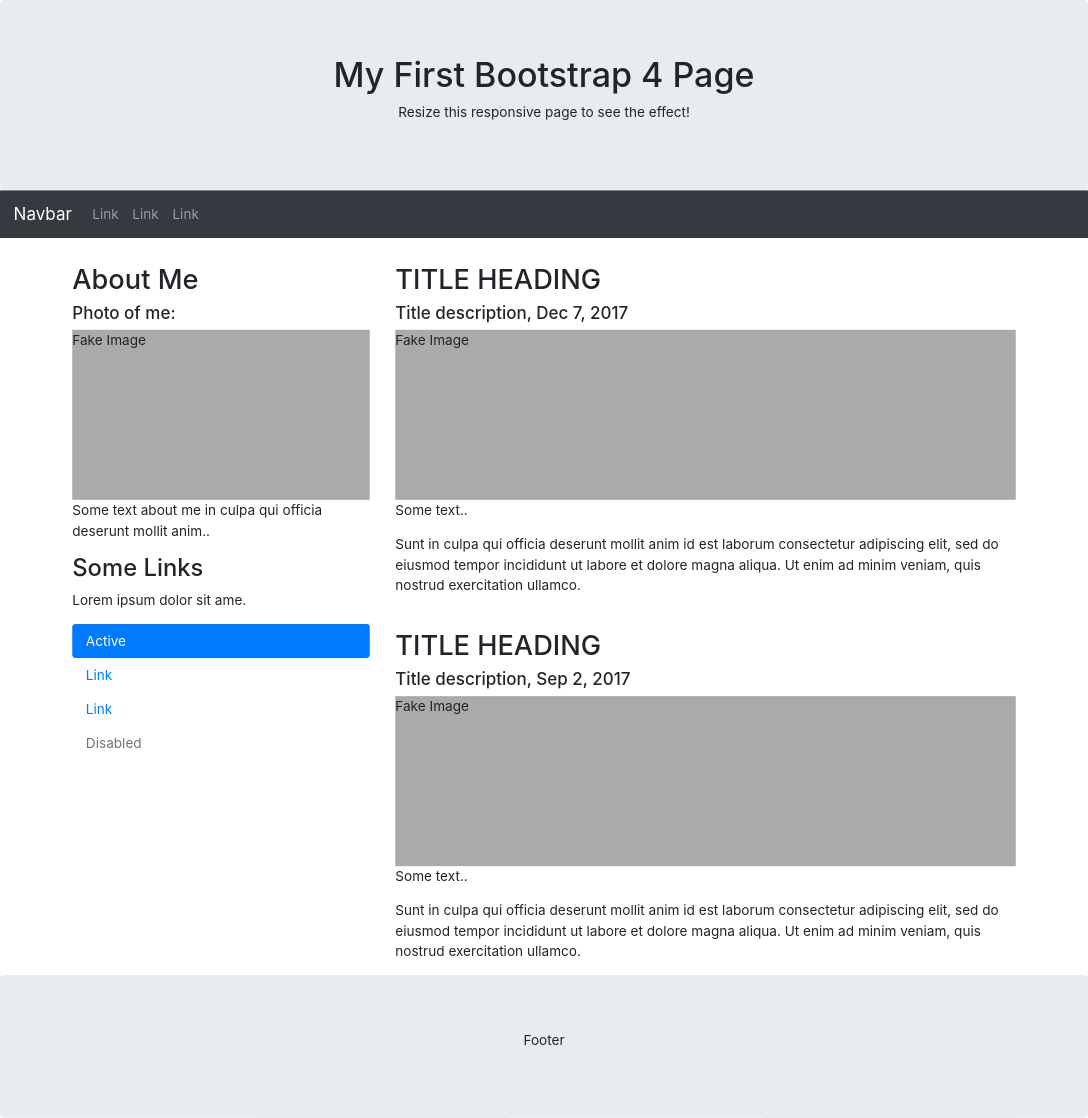
Repository: suvarsha/cognizant-projects
Page: BootStramp1/WebContent/first.html
An editor plug-in stored every save of this project. The page is shown before and after the next save, followed by the edit.
The browser window is 1280 px wide. The pictures show the whole page, at 85% of full size.

Above is the page before, as saved 2020-01-18 09:56:27.

### BootStramp1/WebContent/first.html
<!DOCTYPE html>
<html lang="en">
<head>
  <title>Bootstrap 4 Website Example</title>
  <meta charset="utf-8">
  <meta name="viewport" content="width=device-width, initial-scale=1">
  <link rel="stylesheet" href="https://maxcdn.bootstrapcdn.com/bootstrap/4.4.1/css/bootstrap.min.css">
  <script src="https://ajax.googleapis.com/ajax/libs/jquery/3.4.1/jquery.min.js"></script>
  <script src="https://cdnjs.cloudflare.com/ajax/libs/popper.js/1.16.0/umd/popper.min.js"></script>
  <script src="https://maxcdn.bootstrapcdn.com/bootstrap/4.4.1/js/bootstrap.min.js"></script>
  <style>
  .fakeimg {
    height: 200px;
    background: #aaa;
  }
  </style>
</head>
<body>

<div class="jumbotron text-center" style="margin-bottom:0">
  <h1>My First Bootstrap 4 Page</h1>
  <p>Resize this responsive page to see the effect!</p>
</div>

<nav class="navbar navbar-expand-sm bg-dark navbar-dark">
  <a class="navbar-brand" href="#">Navbar</a>
  <button class="navbar-toggler" type="button" data-toggle="collapse" data-target="#collapsibleNavbar">
    <span class="navbar-toggler-icon"></span>
  </button>
  <div class="collapse navbar-collapse" id="collapsibleNavbar">
    <ul class="navbar-nav">
      <li class="nav-item">
        <a class="nav-link" href="#">Link</a>
      </li>
      <li class="nav-item">
        <a class="nav-link" href="#">Link</a>
      </li>
      <li class="nav-item">
        <a class="nav-link" href="#">Link</a>
      </li>
    </ul>
  </div>
</nav>

<div class="container" style="margin-top:30px">
  <div class="row">
    <div class="col-sm-4">
      <h2>About Me</h2>
      <h5>Photo of me:</h5>
      <div class="fakeimg">Fake Image</div>
      <p>Some text about me in culpa qui officia deserunt mollit anim..</p>
      <h3>Some Links</h3>
      <p>Lorem ipsum dolor sit ame.</p>
      <ul class="nav nav-pills flex-column">
        <li class="nav-item">
          <a class="nav-link active" href="#">Active</a>
        </li>
        <li class="nav-item">
          <a class="nav-link" href="#">Link</a>
        </li>
        <li class="nav-item">
          <a class="nav-link" href="#">Link</a>
        </li>
        <li class="nav-item">
          <a class="nav-link disabled" href="#">Disabled</a>
        </li>
      </ul>
      <hr class="d-sm-none">
    </div>
    <div class="col-sm-8">
      <h2>TITLE HEADING</h2>
      <h5>Title description, Dec 7, 2017</h5>
      <div class="fakeimg">Fake Image</div>
      <p>Some text..</p>
      <p>Sunt in culpa qui officia deserunt mollit anim id est laborum consectetur adipiscing elit, sed do eiusmod tempor incididunt ut labore et dolore magna aliqua. Ut enim ad minim veniam, quis nostrud exercitation ullamco.</p>
      <br>
      <h2>TITLE HEADING</h2>
      <h5>Title description, Sep 2, 2017</h5>
      <div class="fakeimg">Fake Image</div>
      <p>Some text..</p>
      <p>Sunt in culpa qui officia deserunt mollit anim id est laborum consectetur adipiscing elit, sed do eiusmod tempor incididunt ut labore et dolore magna aliqua. Ut enim ad minim veniam, quis nostrud exercitation ullamco.</p>
    </div>
  </div>
</div>

<div class="jumbotron text-center" style="margin-bottom:0">
  <p>Footer</p>
</div>

</body>
</html>

After the next save:
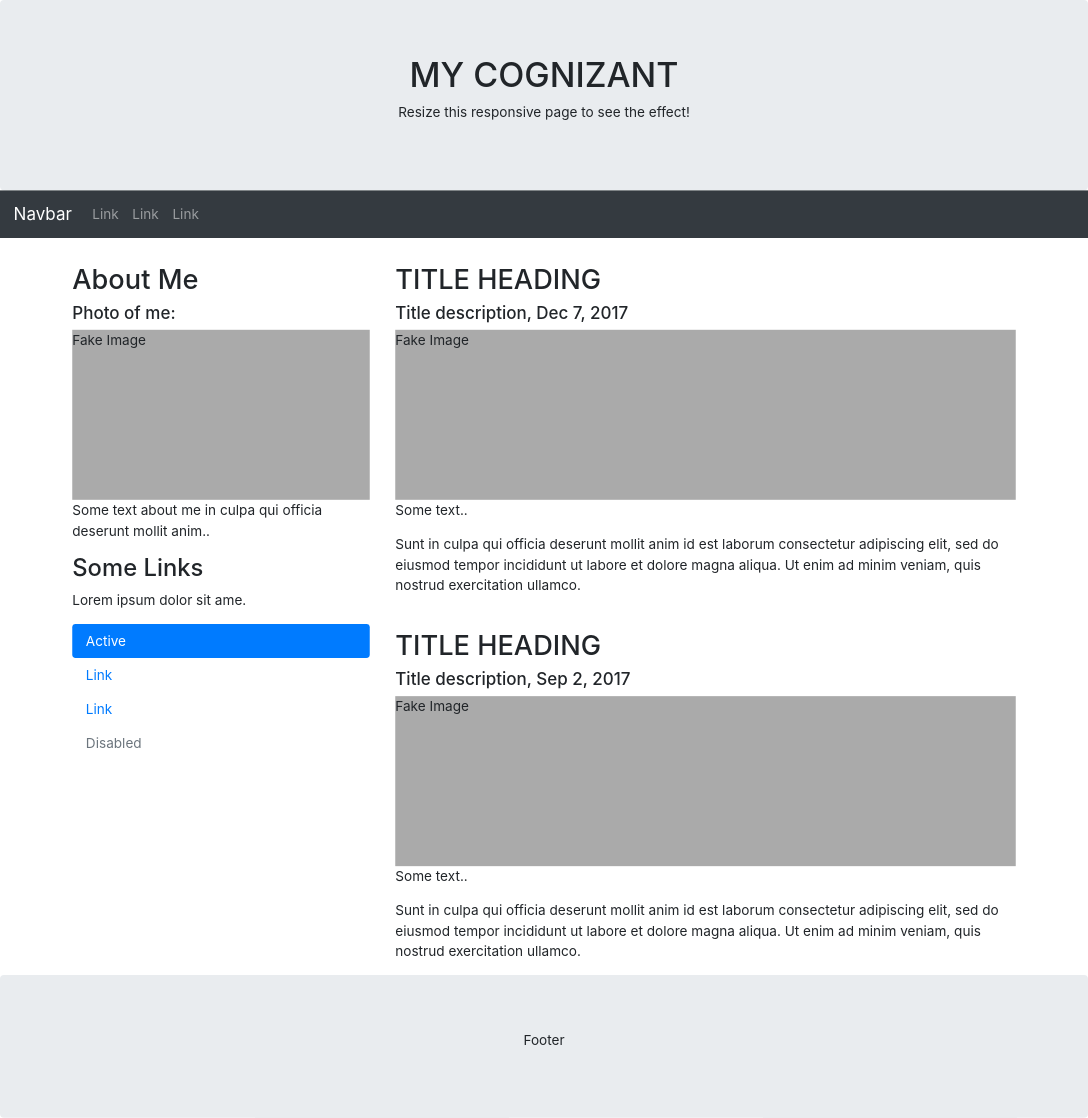
Saved 5 min 27 s later.
--- a/BootStramp1/WebContent/first.html
+++ b/BootStramp1/WebContent/first.html
@@ -18,7 +18,7 @@
 <body>
 
 <div class="jumbotron text-center" style="margin-bottom:0">
-  <h1>My First Bootstrap 4 Page</h1>
+  <h1>MY COGNIZANT</h1>
   <p>Resize this responsive page to see the effect!</p>
 </div>
 
